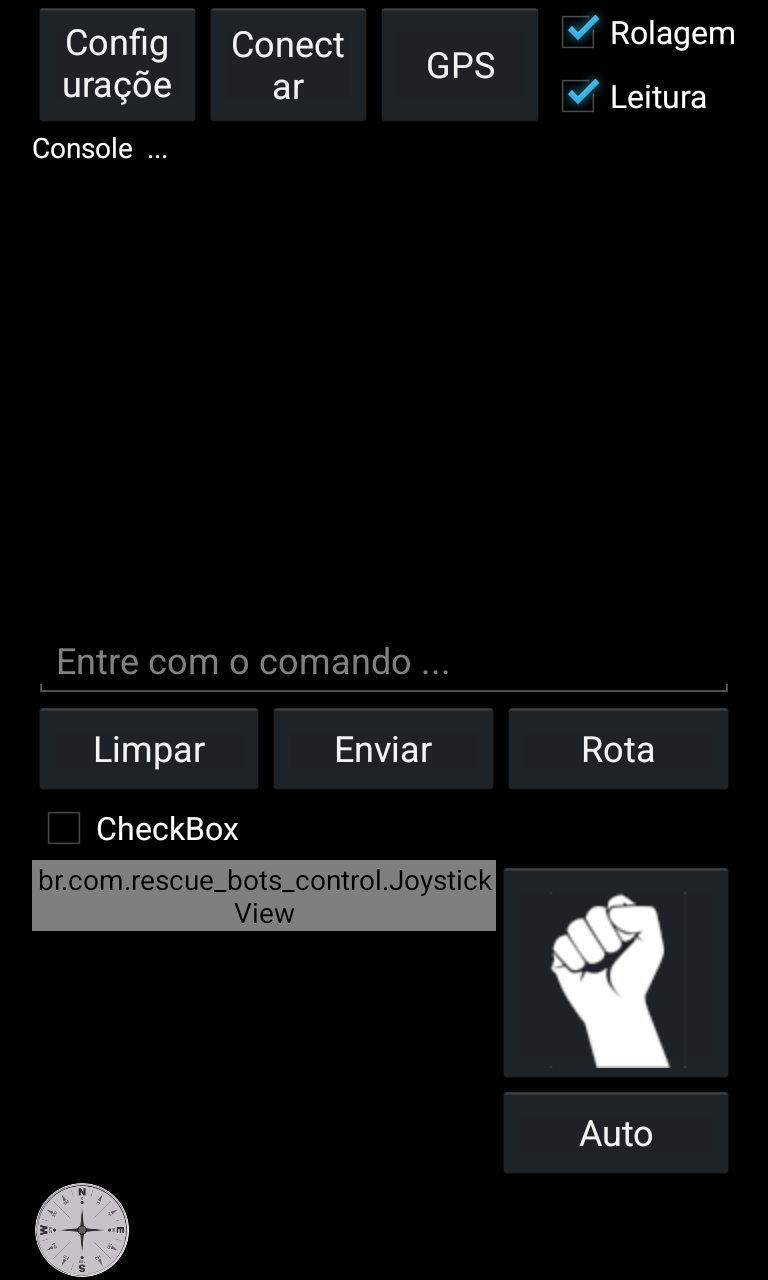
Repository: nova3dtecnologias/rescue_bot
Layout: rescue-bots-android/res/layout/activity_main_blue.xml
These files come from the project's save history. The layout is drawn as it stood at one moment and after the next save; the edit follows.
Pictures or frames that could not be fetched are drawn as grey boxes. It is drawn on a 768 x 1280 px phone screen (xhdpi) without system bars, with theme android:Theme.Holo; the app's code is not run.

Above is the layout before, as saved 2016-06-28 15:04:51.

### rescue-bots-android/res/layout/activity_main_blue.xml
<LinearLayout xmlns:android="http://schemas.android.com/apk/res/android"
    xmlns:tools="http://schemas.android.com/tools"
    android:layout_width="fill_parent"
    android:layout_height="fill_parent"
    android:orientation="vertical"
    android:paddingLeft="16dp"
    android:paddingRight="16dp"
    tools:context=".MainActivity" >

    <LinearLayout
        android:layout_width="fill_parent"
        android:layout_height="wrap_content"
        android:orientation="horizontal" >

        <Button
            android:id="@+id/buttonConfig2"
            android:layout_width="0dp"
            android:layout_height="fill_parent"
            android:layout_weight="5"
            android:text="Configurações" />

        <Button
            android:id="@+id/btnDisconnect"
            android:layout_width="0dp"
            android:layout_height="fill_parent"
            android:layout_weight="5"
            android:text="Conectar" />

        <Button
            android:id="@+id/btnClearInput"
            android:layout_width="0dp"
            android:layout_height="fill_parent"
            android:layout_weight="5"
            android:text="GPS" />

        <LinearLayout
            android:layout_width="wrap_content"
            android:layout_height="wrap_content"
            android:orientation="vertical" >

            <CheckBox
                android:id="@+id/chkScroll"
                android:layout_width="wrap_content"
                android:layout_height="wrap_content"
                android:layout_margin="0dp"
                android:checked="true"
                android:text="Rolagem" />

            <CheckBox
                android:id="@+id/chkReceiveText"
                android:layout_width="wrap_content"
                android:layout_height="wrap_content"
                android:checked="true"
                android:text="Leitura" />
        </LinearLayout>
    </LinearLayout>

    <ScrollView
        android:id="@+id/viewScroll"
        android:layout_width="fill_parent"
        android:layout_height="0dp"
         android:layout_weight="0.3" >

        <TextView
            android:id="@+id/txtReceive"
            style="@color/white"
            android:layout_width="fill_parent"
            android:layout_height="wrap_content"
            android:layout_gravity="top"
            android:background="@color/black"
            android:freezesText="false"
            android:hint="Console  ..."
            android:scrollbars="vertical"
            android:textColorHint="@color/white"
            android:textColorLink="@color/white"
            android:typeface="normal" />

    </ScrollView>

    <EditText
        android:id="@+id/editSend"
        android:layout_width="fill_parent"
        android:layout_height="wrap_content"
        android:hint="Entre com o comando ..."
        android:focusableInTouchMode="false"
        android:inputType="text" />

    <LinearLayout
        android:layout_width="fill_parent"
        android:layout_height="wrap_content"
        android:orientation="horizontal" >

        <Button
            android:id="@+id/btnClear"
            android:layout_width="0dp"
            android:layout_height="wrap_content"
            android:layout_weight="2"
            android:padding="5dp"
            android:text="Limpar" />

        <Button
            android:id="@+id/btnSend"
            android:layout_width="0dp"
            android:layout_height="wrap_content"
            android:layout_weight="2"
            android:padding="5dp"
            android:text="Enviar" />

        <Button
            android:id="@+id/buttonRoute"
            android:layout_width="0dp"
            android:layout_height="wrap_content"
            android:layout_weight="2"
            android:text="Rota"
            android:onClick="routeOnClick"/>

    </LinearLayout>

    <RelativeLayout
        android:layout_width="match_parent"
        android:layout_height="wrap_content" >

        <br.com.rescue_bots_control.JoystickView
            android:id="@+id/viewJoystick"
            android:layout_width="wrap_content"
            android:layout_height="wrap_content"
            android:layout_alignParentLeft="true"
            android:layout_below="@+id/checkBoxJoystickEnable"
            android:layout_toLeftOf="@+id/imageButtonClaw" />

        <ImageButton
            android:id="@+id/imageButtonClaw"
            android:layout_width="wrap_content"
            android:layout_height="wrap_content"
            android:layout_alignParentRight="true"
            android:layout_below="@+id/checkBoxJoystickEnable"
            android:src="@drawable/hand_close" />

        <CheckBox
            android:id="@+id/checkBoxJoystickEnable"
            android:layout_width="wrap_content"
            android:layout_height="wrap_content"
            android:layout_alignParentLeft="true"
            android:layout_alignParentRight="true"
            android:layout_alignParentTop="true"
            android:text="CheckBox" />

        <Button
            android:id="@+id/buttonAddCoord"
            android:layout_width="match_parent"
            android:layout_height="wrap_content"
            android:layout_alignLeft="@+id/imageButtonClaw"
            android:layout_below="@+id/imageButtonClaw"
            android:onClick="autoOnClick"
            android:text="Auto" />

    </RelativeLayout>

    <LinearLayout
        android:layout_width="match_parent"
        android:layout_height="wrap_content" >

        <ImageView
            android:id="@+id/compassImg"
            android:layout_width="50dp"
            android:layout_height="50dp"
            android:src="@drawable/compass" />

        <TextView
            android:id="@+id/editTextAngle"
            android:layout_width="match_parent"
            android:layout_height="wrap_content"
            android:layout_weight="1"
            android:ems="10" >


        </TextView>

    </LinearLayout>

</LinearLayout> <!-- </RelativeLayout> -->

Loaded but not shown: rescue-bots-android/res/values/colors.xml (common file)

After the next save:
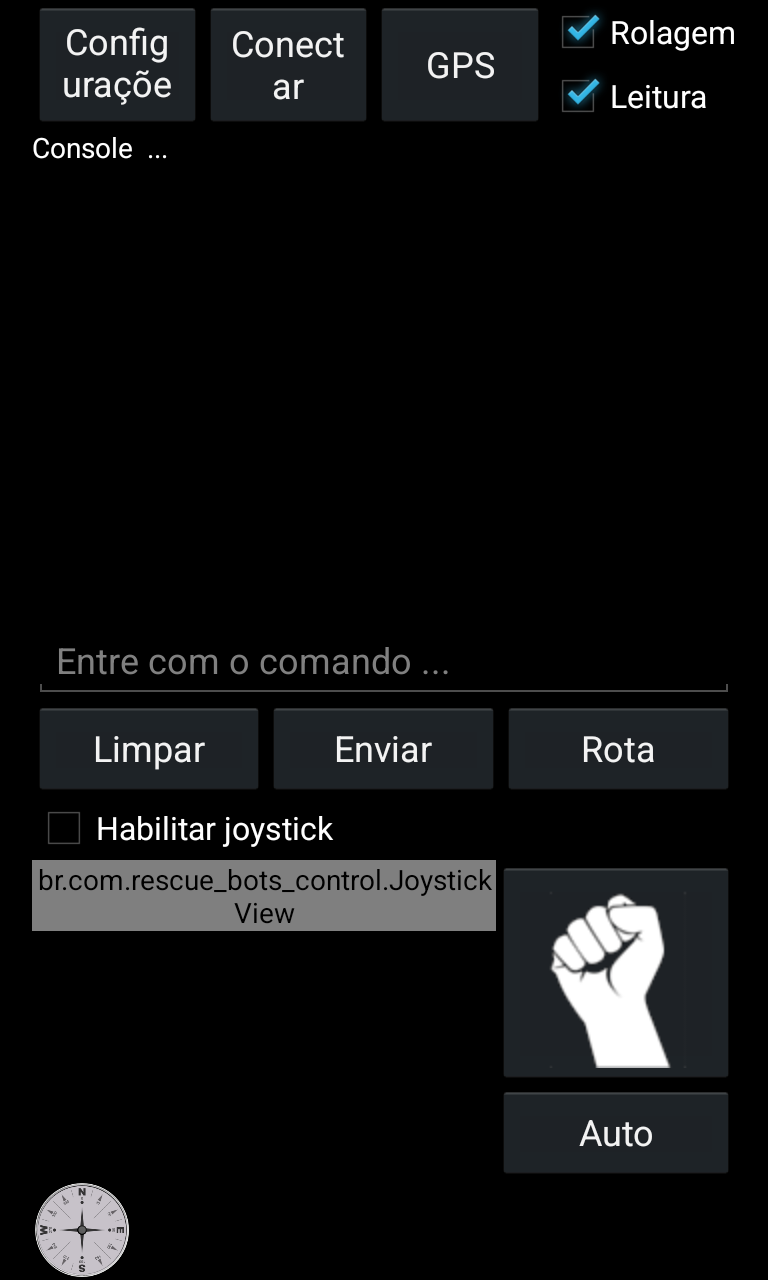
Saved 17 s later.
--- a/rescue-bots-android/res/layout/activity_main_blue.xml
+++ b/rescue-bots-android/res/layout/activity_main_blue.xml
@@ -143,7 +143,7 @@
             android:layout_alignParentLeft="true"
             android:layout_alignParentRight="true"
             android:layout_alignParentTop="true"
-            android:text="CheckBox" />
+            android:text="Habilitar joystick" />
 
         <Button
             android:id="@+id/buttonAddCoord"
